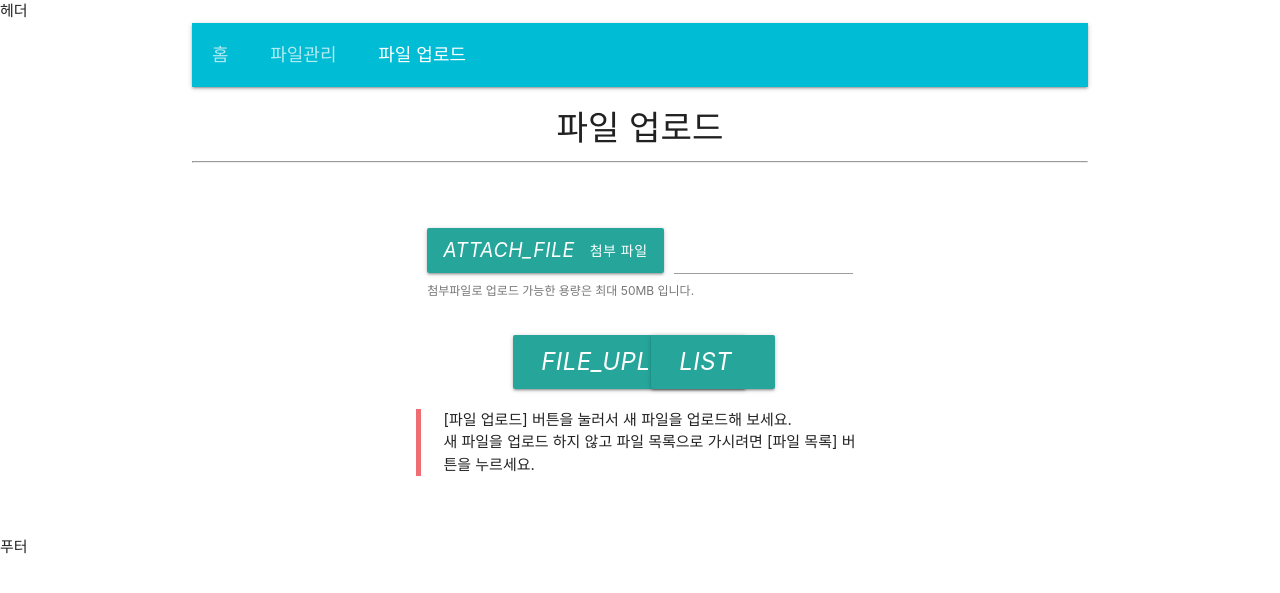
Repository: okgunyang/pro07
Page: http://localhost/pro07/WEB-INF/views/data/fileUpload3.jsp
These files come from the project's save history. The page is drawn as it stood at one moment and after the next save; the edit follows.
The browser window is 1280 px wide. The pictures show the whole page.
The page is served by Tomcat 9. Nobody is signed in. The template is opened directly, without the code that normally fills it, so the values that code supplies are empty.

Above is the page before, as saved 2023-01-04 07:42:25.
Console error: TypeError: Cannot read properties of null (reading 'addEventListener')

After the next save:
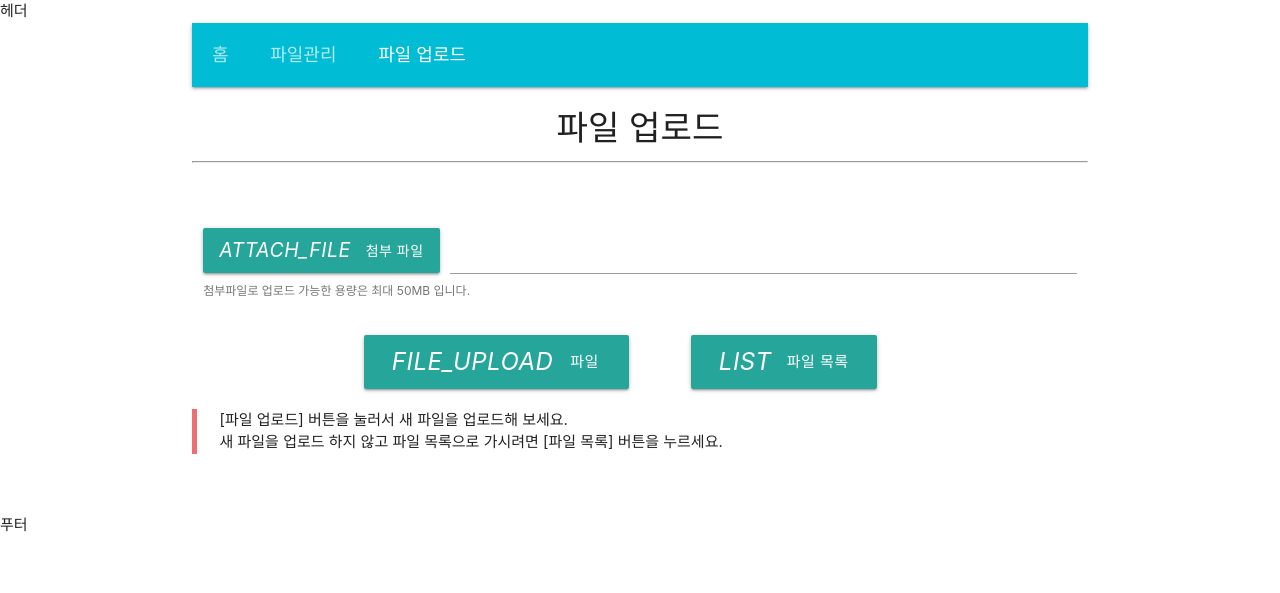
Saved 90 s later.
--- a/pro07/src/main/webapp/WEB-INF/views/data/fileUpload3.jsp
+++ b/pro07/src/main/webapp/WEB-INF/views/data/fileUpload3.jsp
@@ -38,45 +38,42 @@
                 <h4 class="center-align">파일 업로드</h4>
                 <hr style="margin-bottom: 50px;">
 
-                <form class="col s12 l6 offset-l3" action="fileUpload3" method="post" enctype="multipart/form-data">
+                <div class="row" id="fileContainer">
+                    <div class="file-field input-field col s12">
+                        <div class="btn">
+                            <span><i class="material-icons left">attach_file</i>첨부 파일</span>
+                            <input type="file" name="files">
+                        </div>
+                        <div class="file-path-wrapper">
+                            <input type="text" class="file-path validate">
+                        </div>
+                        <span class="helper-text">첨부파일로 업로드 가능한 용량은 최대 50MB 입니다.</span>
+                    </div>
+                </div>
 
-                    <div class="row" id="fileContainer">
-                        <div class="file-field input-field col s12">
-                            <div class="btn">
-                                <span><i class="material-icons left">attach_file</i>첨부 파일</span>
-                                <input type="file" name="files">
-                            </div>
-                            <div class="file-path-wrapper">
-                                <input type="text" class="file-path validate">
-                            </div>
-                            <span class="helper-text">첨부파일로 업로드 가능한 용량은 최대 50MB 입니다.</span>
+                <div class="row center-align">
+                    <div class="col s12 l8 offset-l2">
+                        <div class="col s6">
+                            <button type="button" class="btn-large waves-effect waves-light">
+                                <i class="material-icons left">file_upload</i>
+                                파일 업로드
+                            </button>
+                        </div>
+                        <div class="col s6">
+                            <a class="btn-large waves-effect waves-light" href="/file/list">
+                                <i class="material-icons left">list</i>
+                                파일 목록
+                            </a>
                         </div>
                     </div>
+                </div>
 
-                    <div class="row center-align">
-                        <div class="col s12 l8 offset-l2">
-                            <div class="col s6">
-                                <button type="submit" class="btn-large waves-effect waves-light">
-                                    <i class="material-icons left">file_upload</i>
-                                    파일 업로드
-                                </button>
-                            </div>
-                            <div class="col s6">
-                                <a class="btn-large waves-effect waves-light" href="/file/list">
-                                    <i class="material-icons left">list</i>
-                                    파일 목록
-                                </a>
-                            </div>
-                        </div>
-                    </div>
-
-                    <div class="row">
-                        <blockquote>
-                            [파일 업로드] 버튼을 눌러서 새 파일을 업로드해 보세요.<br>
-                            새 파일을 업로드 하지 않고 파일 목록으로 가시려면 [파일 목록] 버튼을 누르세요.
-                        </blockquote>
-                    </div>
-                </form>
+                <div class="row">
+                    <blockquote>
+                        [파일 업로드] 버튼을 눌러서 새 파일을 업로드해 보세요.<br>
+                        새 파일을 업로드 하지 않고 파일 목록으로 가시려면 [파일 목록] 버튼을 누르세요.
+                    </blockquote>
+                </div>
             </div>
             <!-- end of Forms -->
 
